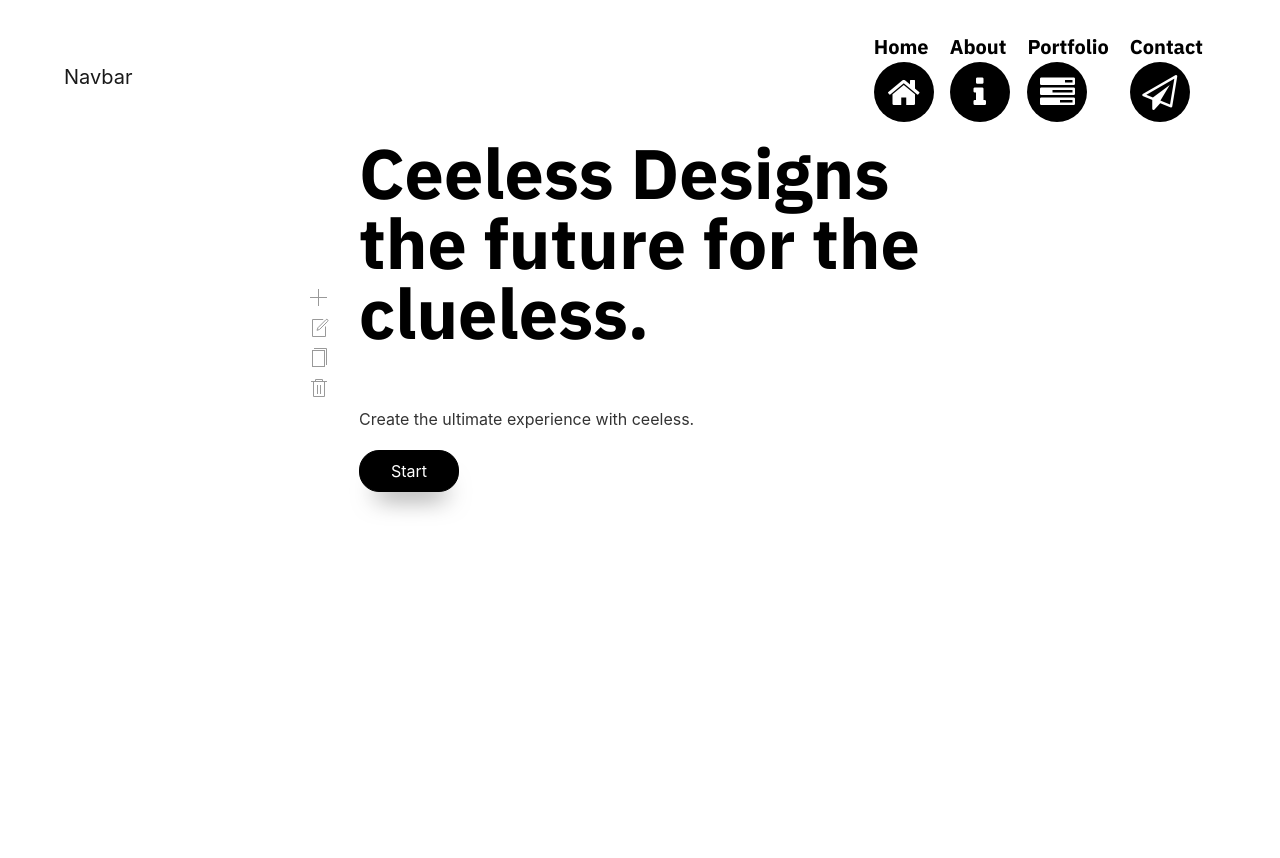
Repository: latenightsnacc/ceeless
Page: index.html
These files come from the project's save history. The page is drawn as it stood at one moment and after the next save; the edit follows.
The browser window is 1280 px wide. The pictures show the whole page.
Some web libraries are served in a nearby version. The style sheet was rebuilt from its Sass, Less or Tailwind sources for each picture, by a compiler version that may differ from the author's.

Above is the page before, as saved 2020-06-11 21:06:39.

After the next save:
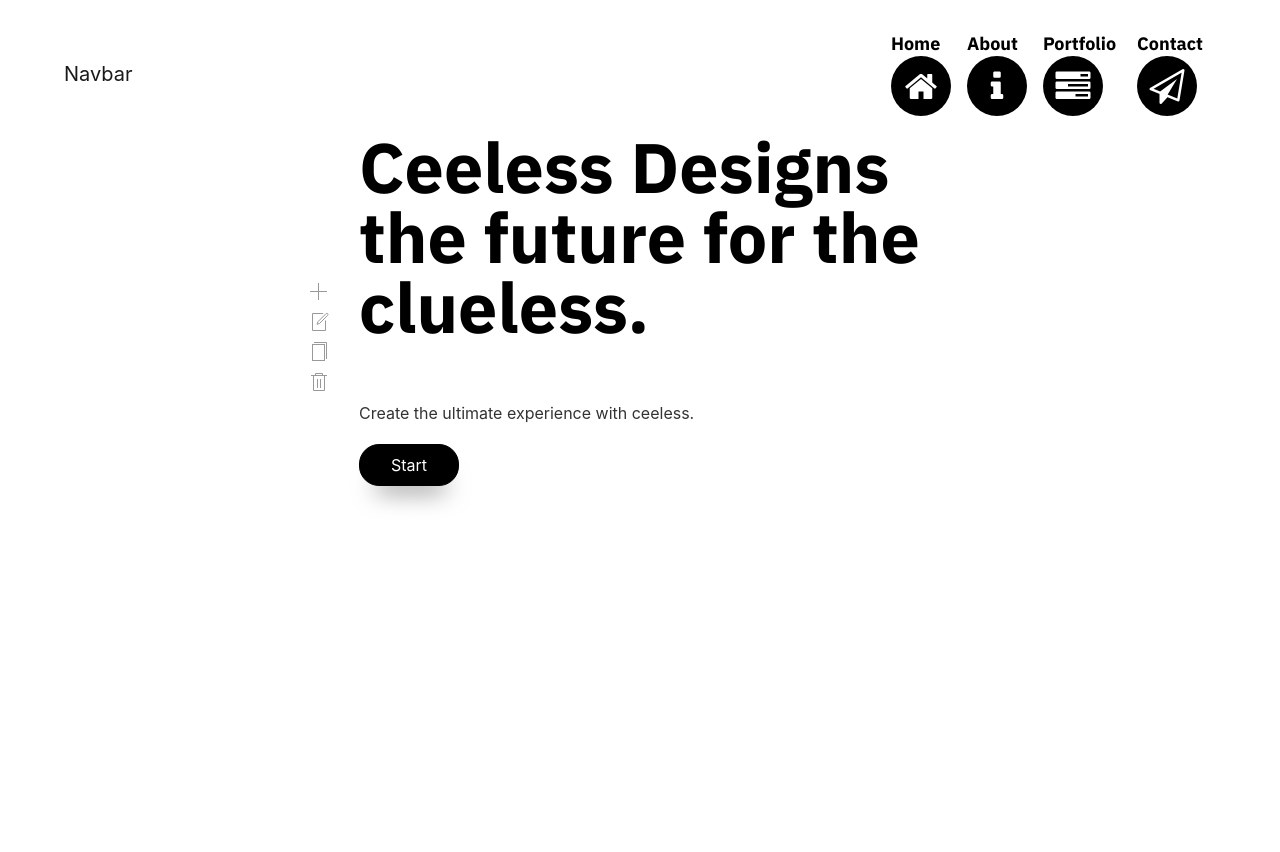
Saved 11 s later.
--- a/Styles/navbar.scss
+++ b/Styles/navbar.scss
@@ -35,8 +35,8 @@
         padding-right: 5px;
         font-weight: 500;
         color: $dark;
-        line-height: px;
-        font-size: 20px;
+        line-height: 18px;
+        font-size: 18px;
     }
     .fa{
         display: flex;
